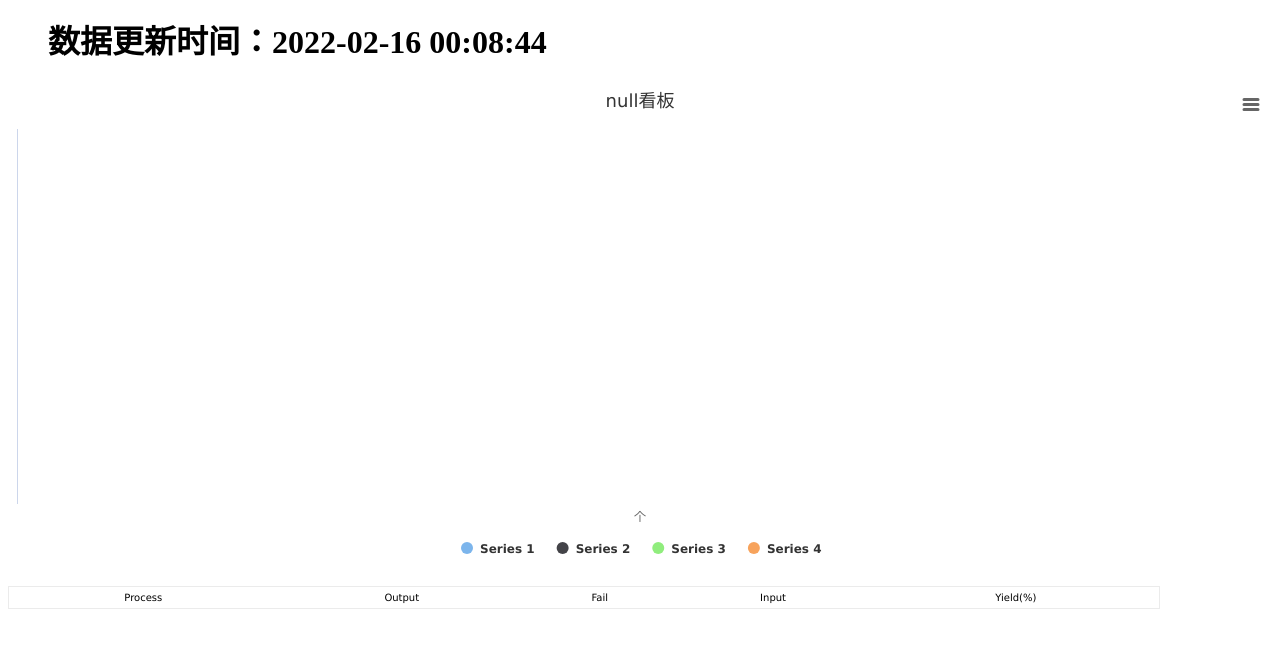
Repository: zxj19880502/mycode
Page: http://localhost/test1/line.jsp
The author's editor kept a copy of each file at every save. The page is drawn from the files as they stood at one save, then again after the next save.
The browser window is 1280 px wide. The pictures show the whole page.
The page is served by Tomcat 9. Queries for data that is not in the repository find no rows.

Above is the page before, as saved 2022-04-02 02:06:15.

### apache-tomcat-8.5.73/webapps/ROOT/test1/line.jsp
<%@ page contentType="text/html;charset=utf-8" language="java" errorPage="" %>
 <%@ page import="java.text.*"%>
<%@ page import="java.sql.*" %>
 <%@page import="java.util.*"%>

 <meta http-equiv="refresh" content="300">

<html>

<head>

  <title>线别查询</title>


 <style type="text/css">
#container {
    height: 70%;
}

.highcharts-figure,
.highcharts-data-table table {
    min-width: 100%;
    max-width: 100%;
    margin: 1em auto;
}

#datatable {
    font-family: Verdana, sans-serif;
    border-collapse: collapse;
    border: 1px solid #ebebeb;
    margin: 10px auto;
    text-align: center;
    width: 100%;
    max-width: 100%;
}

#datatable caption {
    padding: 1em 0;
    font-size: 1.2em;
    color: #555;
}

#datatable th {
    font-weight: 600;
    padding: 0.5em;
}

#datatable td,
#datatable th,
#datatable caption {
    padding: 0.5em;
}

#datatable thead tr,
#datatable tr:nth-child(even) {
    background: #f8f8f8;

}

#datatable tr:hover {
    background: #f1f7ff;
}

		</style>



</head>
<body>


<%

Class.forName("oracle.jdbc.driver.OracleDriver");
Connection connection=DriverManager.getConnection("jdbc:oracle:thin:@172.22.24.119:1521:ledmes","sajet","tech");
Statement stmt=connection.createStatement();
String path = request.getContextPath();
String basePath = request.getScheme()+"://"+request.getServerName()+":"+request.getServerPort()+path+"/";
String name = request.getParameter("line");//用request得到
String starday = request.getParameter("day");//用request得到
String startime = request.getParameter("time");//用request得到
String endday = request.getParameter("endday");//用request得到
String endtime = request.getParameter("endtime");//用request得到
String datetime = new SimpleDateFormat("yyyy-MM-dd HH:mm:ss").format(Calendar.getInstance().getTime());//系统时间

ResultSet rs=stmt.executeQuery("SELECT PROCESS_NAME,SUM(PASS_QTY)as good,sum(FAIL_QTY) as Fail,sum(PASS_QTY+FAIL_QTY)as input,round(decode(SUM(PASS_QTY),0,0,(SUM(PASS_QTY)/(sum(PASS_QTY+FAIL_QTY)))*100),2)as Yield from input_qtyc where PDLINE_NAME='"+name+"'AND WORK_DATE||WORK_TIME between to_CHAR('"+startime+""+starday+"')and to_char('"+endtime+""+endday+"') GROUP BY PROCESS_NAME ORDER BY Fail DESC   ");

%>

<figure class="highcharts-figure">
<tr><td><h1>&nbsp;&nbsp;&nbsp;&nbsp;&nbsp;数据更新时间：<%=datetime %></h1></td></tr>
    <div id="container"></div>

<table  id="datatable" style="position:absolute;width: 90%;font-family: Verdana, sans-serif;border-collapse: collapse;border: 1px solid #ebebeb;text-align: center;font-size:10px">
    <tr>
        <td>Process</td>
       <td>Output</td>
         <td>Fail</td>
        <td>Input</td>
        <td>Yield(%)</td>
    </tr>
    <% while(rs.next()){ %>

    <tr  >
        <td><%=rs.getString(1)%></td>
        <td ><%=rs.getString(2)%></td>
        <td ><%=rs.getString(3)%></td>
         <td><%=rs.getString(4)%></td>
        <td><%=rs.getString(5)%></td>
    </tr>


    <% } %>

</table>

<script type="text/javascript">
window.onload = function() {
    // 第3列
    var column_num = 3;

    // 获取元素
    var table = document.getElementById("datatable"),
        rows = table.getElementsByTagName("tr");

    // 循环表格
    for(var i = 0; i < rows.length; i++) {
        var cells = rows[i].getElementsByTagName("td");
        for(var c = 0; c < cells.length; c++) {
            // 对应列
            if(c + 1 === column_num
                // 判断是否大于 0
                && parseFloat(cells[c].innerHTML) > 0 && parseFloat(cells[c].innerHTML)<= 10) {
                // 两者均成立，改变颜色
                rows[i].style.background = "#f7c017";
                rows[i].style.border = "1px";
                // 检查下一行
                break;
            }
            if(c + 1 === column_num
                    // 判断是否大于 0
                    && parseFloat(cells[c].innerHTML) > 10 ) {
                    // 两者均成立，改变颜色
                    rows[i].style.background = "#f73c17";
                    rows[i].style.border = "1px";
                    // 检查下一行
                    break;
                }
            if(c + 1 === column_num
                    // 判断是否大于 0
                    && parseFloat(cells[c].innerHTML) === 0) {
                    // 两者均成立，改变颜色
                    rows[i].style.background = "#37f717";
                    rows[i].style.border = "1px";
                    // 检查下一行
                    break;
                }
        }
    }
};
</script>

 </figure>





 <script src="highcharts.js"></script>
<script src="data.js"></script>
<script src="exporting.js"></script>
<script src="accessibility.js"></script>

 <script type="text/javascript">
Highcharts.chart('container', {
    data: {

        table: 'datatable'

    },
    chart: {
        type: 'bar'
    },

    yAxis: {
        allowDecimals: false,
        title: {
            text: 'Units'
        }
    },
    title: {
		text: '<%=name %>看板'
		// 该功能依赖 data.js 模块，详见https://www.hcharts.cn/docs/data-modules
	},
	yAxis: {
		allowDecimals: false,
		title: {
			text: '个',
			rotation: 0
		}
	},
	credits:{
	     enabled: false // 禁用版权信息
	},

    tooltip: {
        formatter: function () {
            return '<b>' + this.series.name + '</b><br/>' +
                this.point.y + ' ' + this.point.name.toLowerCase();
        }
    }

});
		</script>

</body>
</html>

Loaded but not shown: apache-tomcat-8.5.73/webapps/ROOT/test1/highcharts.js (library); apache-tomcat-8.5.73/webapps/ROOT/test1/data.js (library); apache-tomcat-8.5.73/webapps/ROOT/test1/exporting.js (library); apache-tomcat-8.5.73/webapps/ROOT/test1/accessibility.js (library)

After the next save:
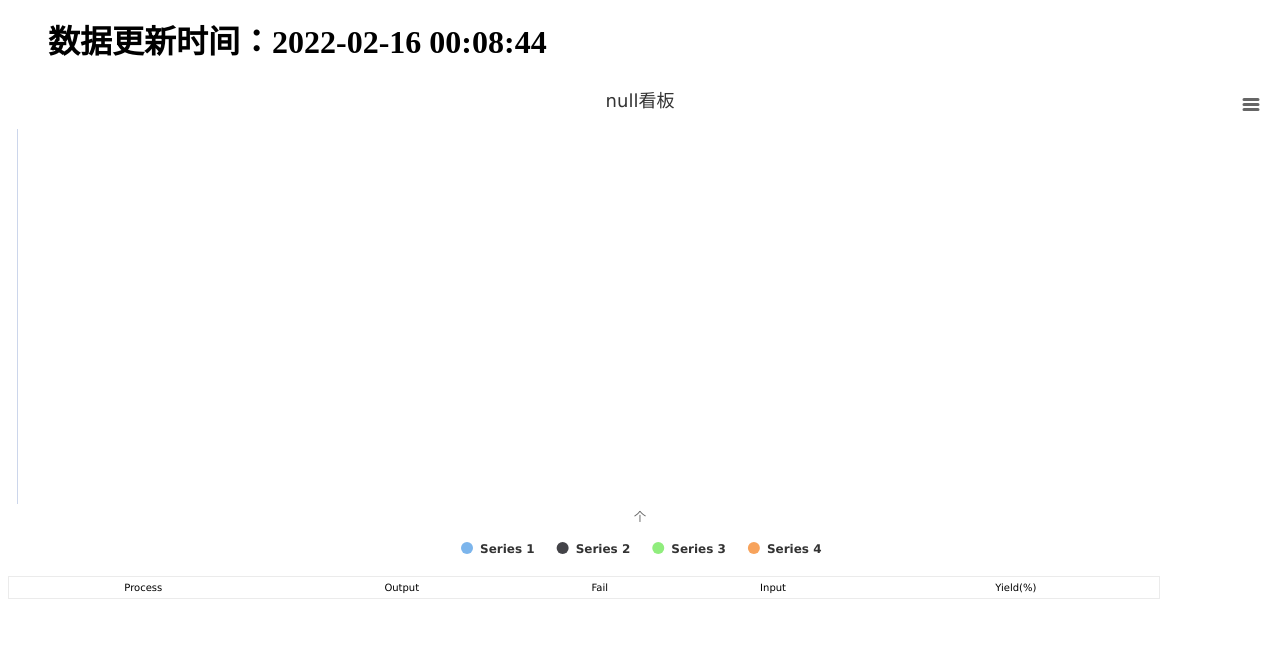
Saved 48 s later.
--- a/apache-tomcat-8.5.73/webapps/ROOT/test1/line.jsp
+++ b/apache-tomcat-8.5.73/webapps/ROOT/test1/line.jsp
@@ -24,15 +24,7 @@
     margin: 1em auto;
 }
 
-#datatable {
-    font-family: Verdana, sans-serif;
-    border-collapse: collapse;
-    border: 1px solid #ebebeb;
-    margin: 10px auto;
-    text-align: center;
-    width: 100%;
-    max-width: 100%;
-}
+
 
 #datatable caption {
     padding: 1em 0;
@@ -51,15 +43,6 @@
     padding: 0.5em;
 }
 
-#datatable thead tr,
-#datatable tr:nth-child(even) {
-    background: #f8f8f8;
-
-}
-
-#datatable tr:hover {
-    background: #f1f7ff;
-}
 
 		</style>
 
